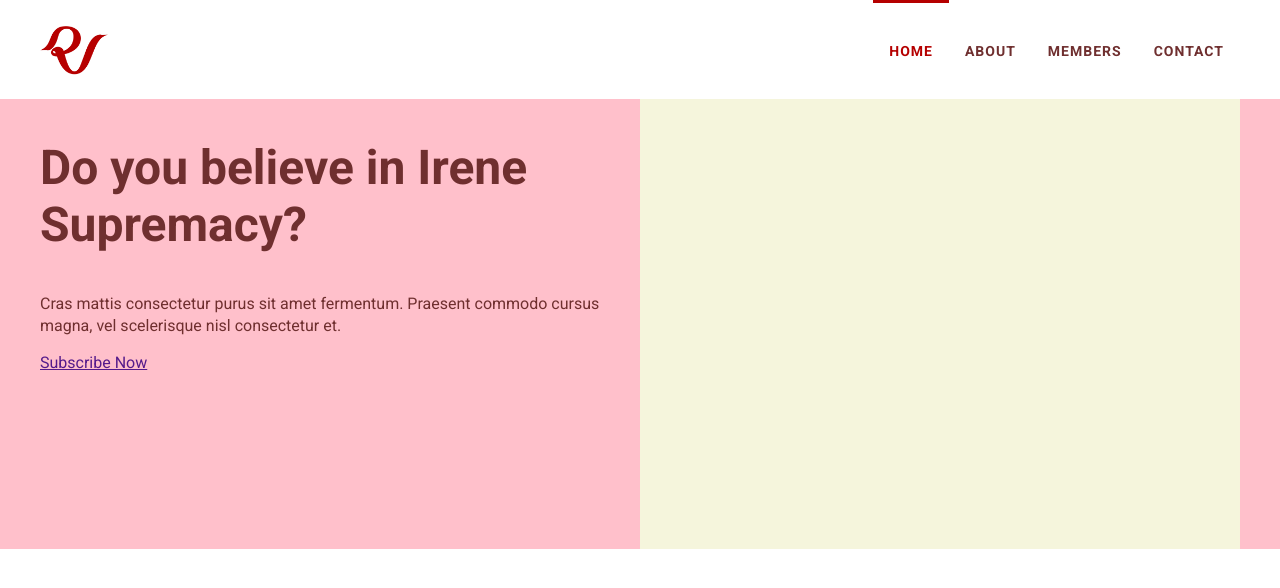
Repository: stillnotdavid/eternity-university
Page: app/index.html
The author's editor kept a copy of each file at every save. The page is drawn from the files as they stood at one save, then again after the next save.
The browser window is 1280 px wide. The pictures show the whole page.
The style sheet was rebuilt from its Sass, Less or Tailwind sources for each picture, by a compiler version that may differ from the author's.

Above is the page before, as saved 2021-12-03 23:22:26.

### app/index.html
<!doctype html>
<html class="no-js" lang="">

<head>
  <meta charset="utf-8">
  <meta name="description" content="">

  <meta name="viewport" content="width=device-width, initial-scale=1, shrink-to-fit=no">
  <title>Red Velvet Fansite</title>
  <link rel="apple-touch-icon" href="apple-touch-icon.png">
  <!-- Place favicon.ico in the root directory -->
  <!-- build:css styles/vendor.css -->
  <!-- endbuild -->
  <!-- build:css styles/main.css -->
  <link rel="stylesheet" href="styles/main.css">
  <!-- endbuild -->
  <!-- build:js scripts/modernizr.js -->
  <script src="scripts/modernizr.js"></script>
  <!-- endbuild -->
</head>

<body>
  <!--[if IE]>
      <p class="browserupgrade">You are using an <strong>outdated</strong> browser. Please <a href="http://browsehappy.com/">upgrade your browser</a> to improve your experience.</p>
    <![endif]-->
  <header class="header">
    <div class="container header__container">
      <a class="header__logo" href="#"><img class="header__logo-image" src="images/logo.png"
          alt="Red Velvet Logo" /></a>
      <nav class="header__nav">
        <ul class="header__nav-links">
          <li class="header__nav-item">
            <a class="header__nav-link header__nav-link--active" href="">Home</a>
          </li>
          <li class="header__nav-item">
            <a class="header__nav-link" href="">About</a>
          </li>
          <li class="header__nav-item">
            <a class="header__nav-link" href="">Members</a>
          </li>
          <li class="header__nav-item">
            <a class="header__nav-link" href="">Contact</a>
          </li>
        </ul>
      </nav>
    </div>
  </header>
  <section class="hero">
    <div class="container hero__container">
      <div class="hero__cta">
        <h1>Do you believe in Irene Supremacy?</h1>
        <p>Cras mattis consectetur purus sit amet fermentum. Praesent commodo cursus magna, vel scelerisque nisl
          consectetur et.</p>
        <a class="hero__cta-button" href="">Subscribe Now</a>
      </div>
      <div class="hero__image">
      </div>
    </div>
  </section>

  <!-- build:js scripts/vendor.js -->
  <!-- endbuild -->
  <!-- build:js scripts/main.js -->
  <script src="scripts/main.js"></script>
  <!-- endbuild -->
</body>

</html>

### app/styles/main.scss
@import 'partials/colors';
@import 'partials/spacing';
@import 'partials/typography';

@import 'components/header';
@import 'components/hero';

html,
body {
  padding: 0;
  margin: 0;
}

.container {
  display: flex;
  width: 1200px;
  max-width: 1200px;
  margin: 0 auto;
}

### app/styles/partials/_colors.scss
$color-primary: #B50000;
$color-secondary: #6F2F2F;

### app/styles/partials/_spacing.scss
$spacing-xsmall: 2px;
$spacing-small: 4px;
$spacing-medium: 8px;
$spacing-large: 16px;
$spacing-xlarge: 32px;

### app/styles/partials/_typography.scss
@import url('https://fonts.googleapis.com/css2?family=Roboto:wght@400;500;700&display=swap');


body,
html {
  font-family: 'Roboto', sans-serif;
}


$font-small: 14px;
$font-medium: 16px;
$font-large: 18px;
$font-xxxlarge: 48px;

$font-regular: 400;
$font-medium: 500;
$font-bold: 700;


h1 {
  font-size: $font-xxxlarge;
  font-weight: $font-bold;
  color: $color-secondary;
}

p {
  font-size: $font-medium;
  color: $color-secondary;
  line-height: 22px;
}

### app/styles/components/_header.scss
$_logo-height: 50px;


.header {

  &__container {
    justify-content: space-between;
  }

  &__logo {
    display: flex;
    align-items: center;

    &-image {
      height: $_logo-height;
    }
  }

  &__nav {

    &-links {
      display: flex;
      list-style-type: none;
      padding: 0;
      margin: 0;
    }

    &-item {
      display: flex;
    }

    &-link {
      padding: 40px $spacing-large;
      text-decoration: none;
      color: $color-secondary;
      text-transform: uppercase;
      font-size: $font-small;
      font-weight: $font-bold;
      letter-spacing: 1px;
      border-top: 3px solid transparent;

      &:hover,
      &--active {
        color: $color-primary;
        border-top: 3px solid $color-primary;
      }
    }
  }
}

### app/styles/components/_hero.scss
$_hero-height: 450px;

.hero {
  height: $_hero-height;
  background: pink;
  display: flex;

  &__container {}

  &__cta {
    flex: 1 0 50%;

  }

  &__image {
    flex: 1 0 50%;

    background: beige;
  }
}

Loaded but not shown: app/scripts/main.js (common file)

After the next save:
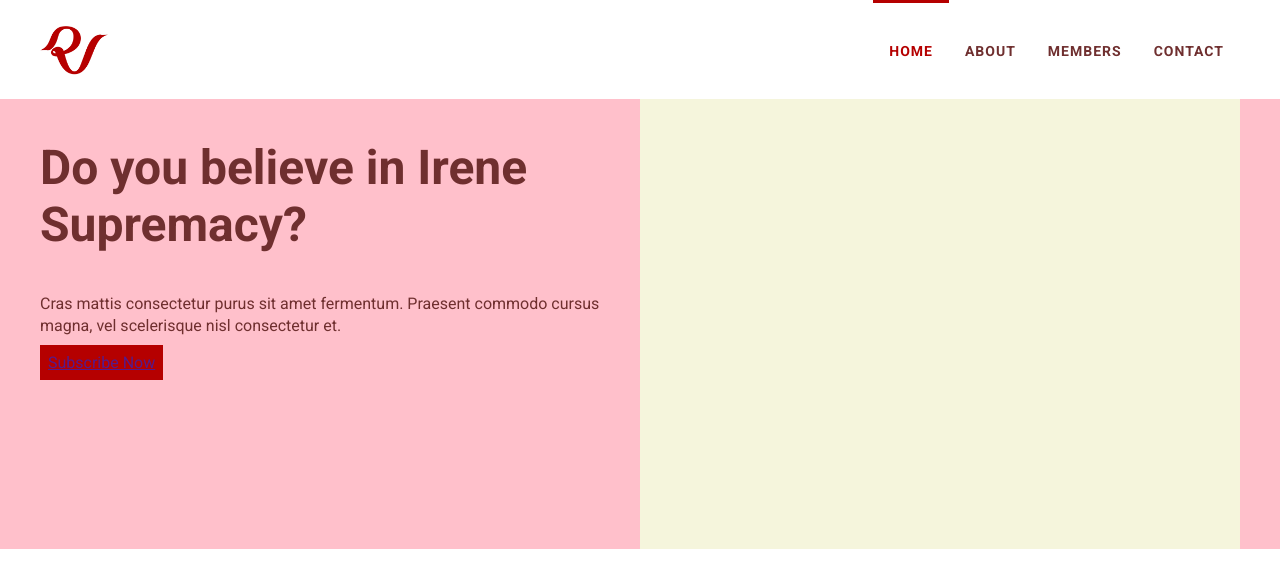
Saved 38 s later.
--- a/app/styles/components/_hero.scss
+++ b/app/styles/components/_hero.scss
@@ -10,6 +10,11 @@
   &__cta {
     flex: 1 0 50%;
 
+    &-button {
+      background-color: $color-primary;
+      padding: $spacing-medium;
+    }
+
   }
 
   &__image {
